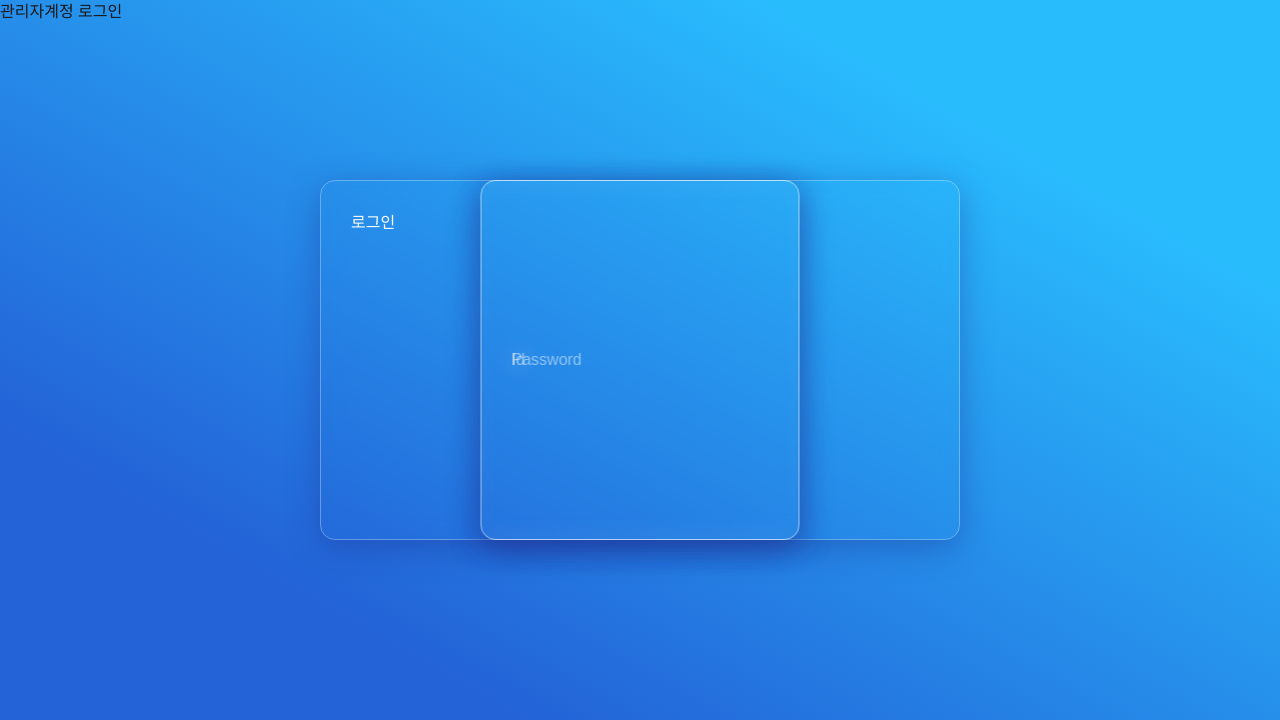
Repository: LEEYONGJUN3068/cms
Page: /login
An editor plug-in stored every save of this project. The page is shown before and after the next save, followed by the edit.
The browser window is 1280 px wide. The pictures show the whole page.
The page's requests for data from a server got no answer. The project was rebuilt for these pictures with package versions that can differ from the ones it lists, and the page was loaded fresh each time. The framework's server and built-in components were replaced by stand-ins that run in the browser. No one was signed in, and anything a server would have sent is missing. Also part of the build but not shown: next.config.mjs.

Above is the page before, as saved 2025-09-23 13:31:25.

After the next save:
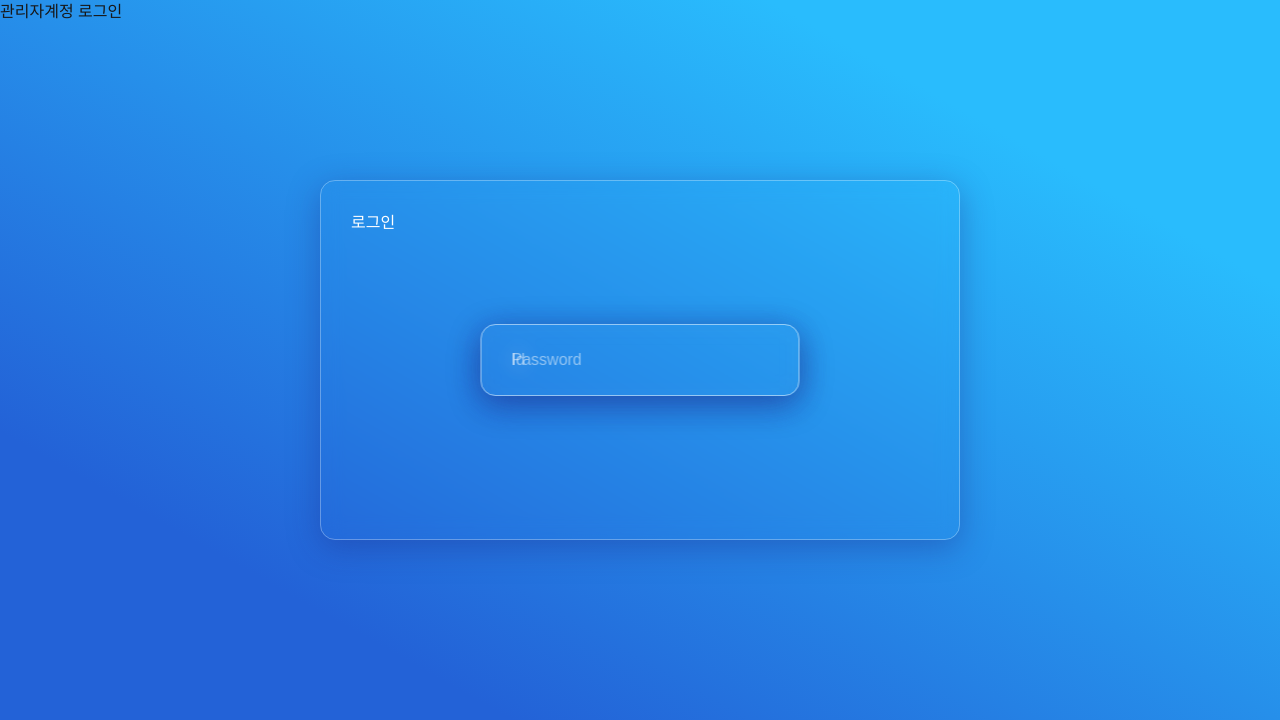
Saved 10 s later.
--- a/src/app/login/login.module.scss
+++ b/src/app/login/login.module.scss
@@ -24,7 +24,7 @@
             top: 50%;
             transform: translate(-50%, -50%);
             width: 50%;
-            height: 50vh;
+            height: 10vh;
             backdrop-filter: blur(10px);
             -webkit-backdrop-filter: blur(10px); /* Safari 브라우저 지원 */
             border: 1px solid rgba(255, 255, 255, 0.3);
